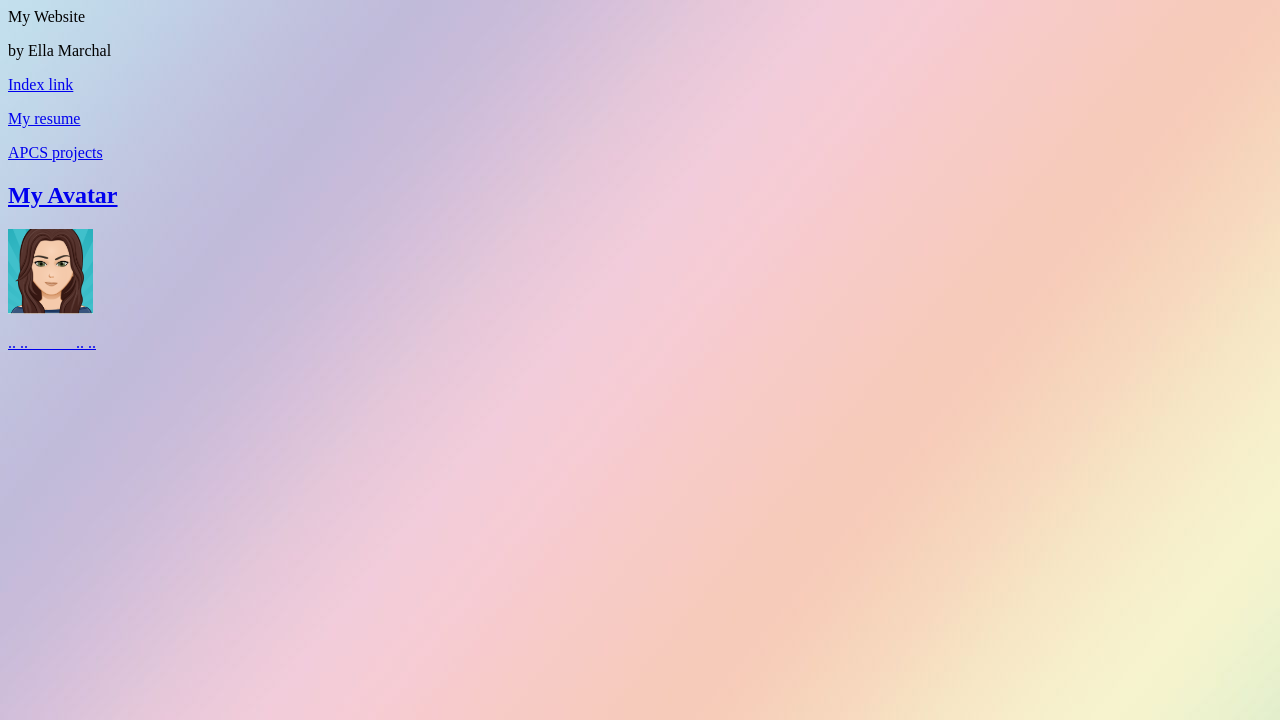
Repository: ella-m/ella-m.github.io
Page: index.html
The author's editor kept a record of every edit. The page is drawn from the files as they stood at one moment, then again after the next edit.
The browser window is 1280 px wide. The pictures show the whole page.

Above is the page before.

After the next edit:
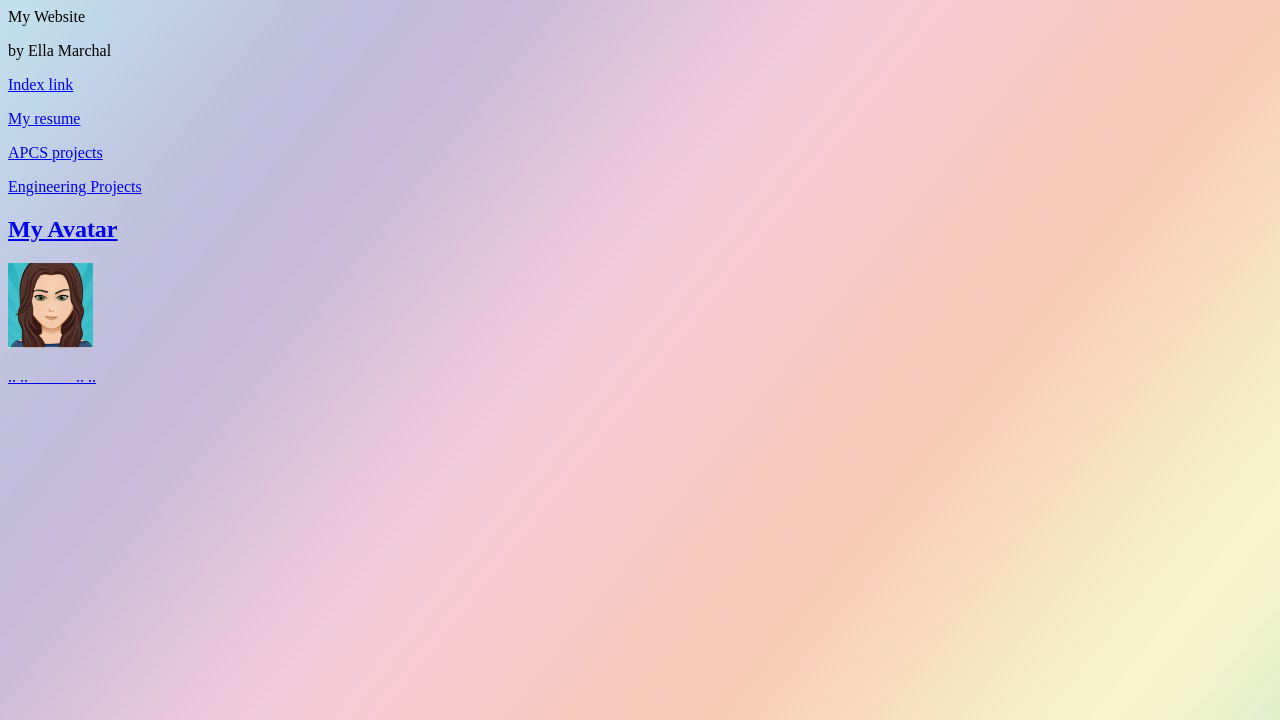
The edit:
--- a/index.html
+++ b/index.html
@@ -21,6 +21,8 @@
 
 <p><a href="apcs.html">APCS projects</p>
 
+<p><a href="eap.html">Engineering Projects</p>
+
 <h2>My  Avatar</h2>
 <img src="images/snip-avatar.PNG" alt="avatar text" width="85" height="85">
 
